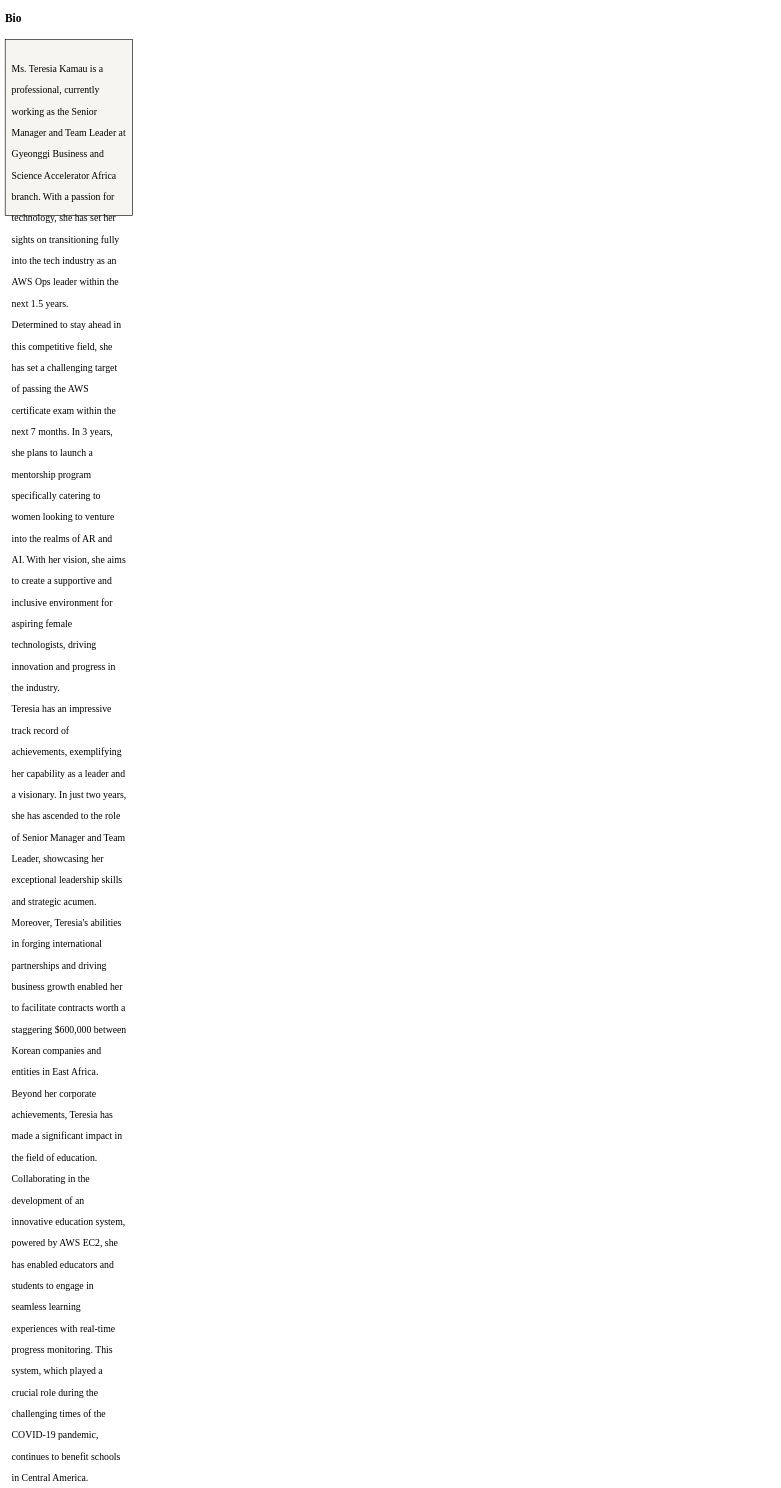
Repository: tessa5/developerPortfolio
Page: public/bio.html
The author's editor kept a copy of each file at every save. The page is drawn from the files as they stood at one save, then again after a run of saves.
The browser window is 1280 px wide. The pictures show the whole page, at 61% of full size.

Above is the page before, as saved 2023-08-07 12:51:20.

### public/bio.html
<!DOCTYPE html>
<html lang="en">
<head>
    <meta charset="UTF-8">
    <meta name="viewport" content="width=device-width, initial-scale=1.0">
    <title>Document</title>
    <link rel="stylesheet" href="assets/styles/bio.css">
</head>
<body>
    <h3>Bio</h3>
    <p class="bio">
        Ms. Teresia Kamau is a professional, currently working as the Senior Manager and Team Leader at Gyeonggi Business and Science Accelerator Africa branch. With a passion for technology, she has set her sights on transitioning fully into the tech industry as an AWS Ops leader within the next 1.5 years. <br/>Determined to stay ahead in this competitive field, she has set a challenging target of passing the AWS certificate exam within the next 7 months.
In 3 years, she plans to launch a mentorship program specifically catering to women looking to venture into the realms of AR and AI. With her vision, she aims to create a supportive and inclusive environment for aspiring female technologists, driving innovation and progress in the industry.
<br/>Teresia has an impressive track record of achievements, exemplifying her capability as a leader and a visionary. In just two years, she has ascended to the role of Senior Manager and Team Leader, showcasing her exceptional leadership skills and strategic acumen. <br/>Moreover, Teresia's abilities in forging international partnerships and driving business growth enabled her to facilitate contracts worth a staggering $600,000 between Korean companies and entities in East Africa.
Beyond her corporate achievements, Teresia has made a significant impact in the field of education. Collaborating in the development of an innovative education system, powered by AWS EC2, she has enabled educators and students to engage in seamless learning experiences with real-time progress monitoring. This system, which played a crucial role during the challenging times of the COVID-19 pandemic, continues to benefit schools in Central America.

    </p>
</body>
</html>

### public/assets/styles/bio.css
p {
    border:1px solid;
    width:210px;
    float: left;
    height:290px;
    line-height:35px;
    background:#f6f5ef;
    padding:10px;
    margin-top:5px;
    box-sizing: border-box;
    word-break: keep-all;
    padding-top:30px;
}

After the next 3 saves:
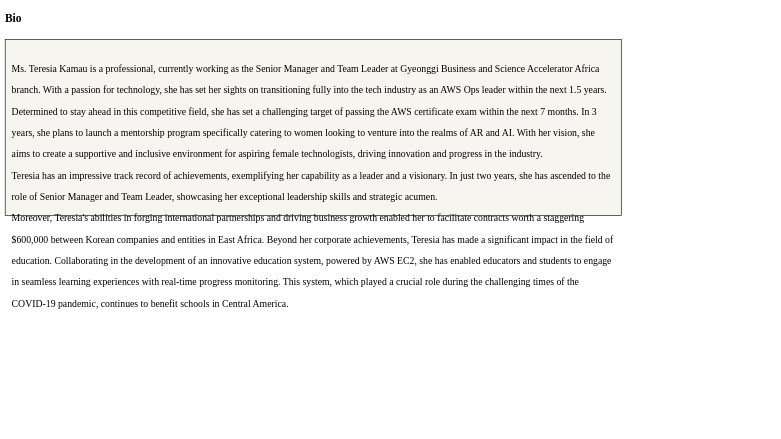
The 3 saves are shown as one change because they came seconds apart.
The last was saved 17 s later.
--- a/public/assets/styles/bio.css
+++ b/public/assets/styles/bio.css
@@ -1,6 +1,6 @@
 p {
     border:1px solid;
-    width:210px;
+    width:80%;
     float: left;
     height:290px;
     line-height:35px;
